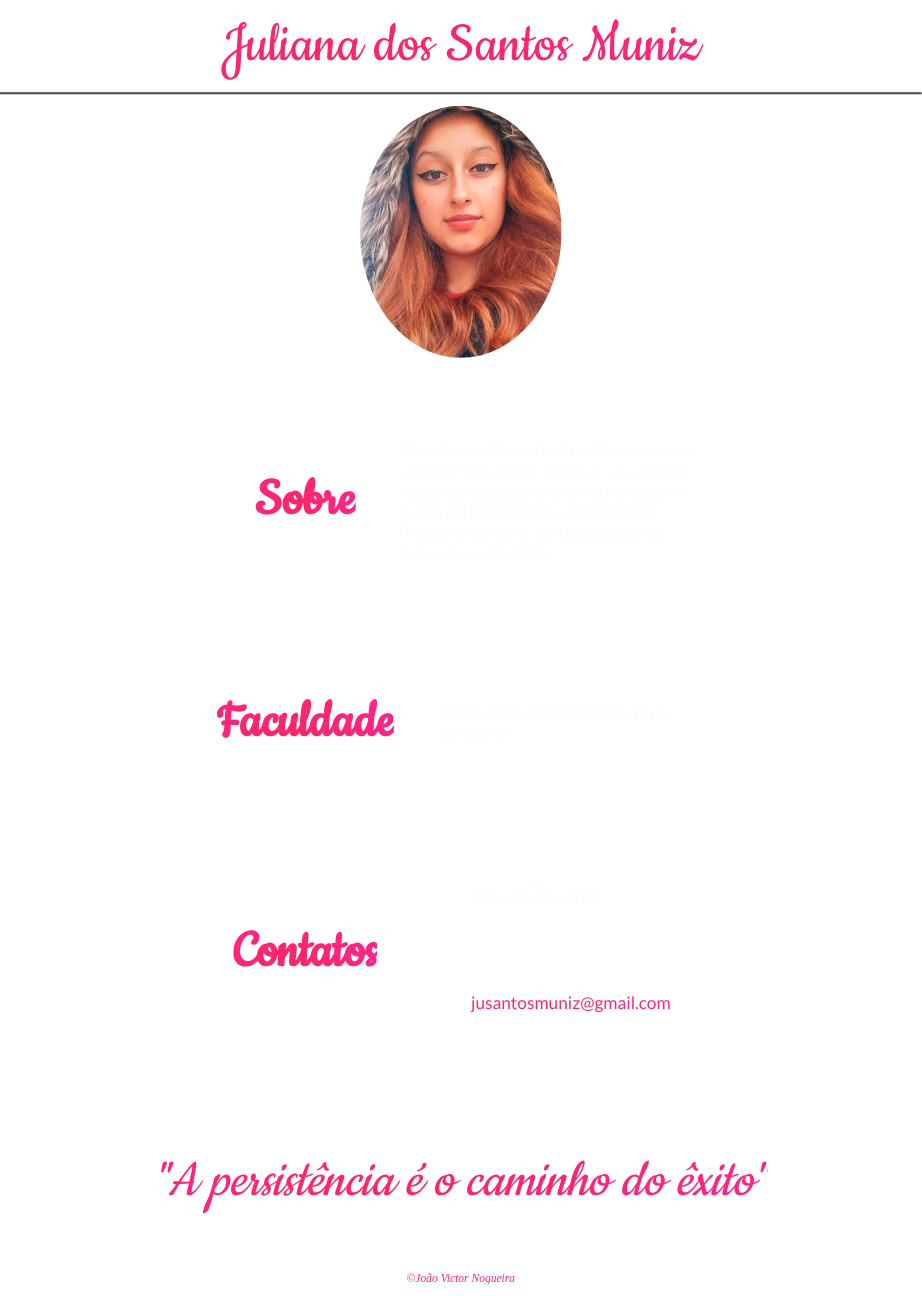
Repository: joaovnogueira/Portfolio-Juliana
Page: src/index.html
These files come from the project's save history. The page is drawn as it stood at one moment and after the next save; the edit follows.
The browser window is 1280 px wide. The pictures show the whole page, at 72% of full size.
The style sheet was rebuilt from its Sass, Less or Tailwind sources for each picture, by a compiler version that may differ from the author's.

Above is the page before, as saved 2022-07-14 14:09:20.

### src/index.html
<!DOCTYPE html>
<html lang="en">
<head>
    <link rel="stylesheet" href="styles.css">
    <meta charset="UTF-8">
    <meta http-equiv="X-UA-Compatible" content="IE=edge">
    <meta name="viewport" content="width=device-width, initial-scale=1.0">
    <title>Portfólio Juliana</title>
</head>
<body class="">
    <header>
        <div class="logo">Juliana dos Santos Muniz</div>
    </header>
    <main>
        <div class="perfil">
            <div class="foto">
                <img src="../assets/foto-perfil.png" alt="Foto de perfil" class="fotoperfil">
            </div>
            <div class="conteudo">
                <img src="../assets/sobre.svg" alt="">
                <h1>Sobre</h1>
                <p>
                    Me chamo Juliana tenho 22 anos e meu sonho é ser perita criminal,
                    atualmente estou estudando no último período no curso de Biomedicina na
                    UniBrasil. Trabalho no ramo de toxicologia no laboratório LATAM.
                </p>
            </div>
            <div class="conteudo">
                <img src="../assets/faculdade.svg" alt=""><h1>Faculdade</h1>
                <p>Graduanda em Biomedicina na UniBrasil</p>
            </div>
            <div class="conteudo">
                <img src="../assets/contato.svg" alt=""><h1>Contatos</h1>
                <div class="contatos">
                    <p><img src="../assets/whatsapp.svg" alt="whatsapplogo" class="icon2">(41) 98504-2197</p>
                    <p><img src="../assets/email.svg" alt="emailogo" class="icon2"><a class="email" href="mailto:jusantosmuniz@gmail.com">jusantosmuniz@gmail.com</a></p>
                </div>

            </div>
        </div>
        <div class="frase">
            <blockquote><i>"A persistência é o caminho do êxito"</i></blockquote>
        </div>

    </main>
    <footer>
        <a href="https://github.com/joaovnogueira"><cite>&copy;João Victor Nogueira</cite></a>
    </footer>
</body>
</html>

### src/styles.scss
@import url('https://fonts.googleapis.com/css2?family=Cookie&display=swap');
@import url('https://fonts.googleapis.com/css2?family=Lato&display=swap');

* {
    margin: 0;
    padding: 0;
    box-sizing: border-box;
}

:root {
    --background-dark: #25262A;
    --background-light: #fafafa;
    --text: #FFFCF5;

}

@media (max-width: 1080px) {
    html {
        font-size: 93.75%;
    }
}

@media (max-width: 720px) {
    html {
        font-size: 87.5%;
    }
}

body {
    &.dark-mode {
        background: var(--background-dark);
    }
}

h1{
    color: var(--text);
    font-family: 'Cookie', cursive;
    font-weight: bold;
    font-size: 5rem;

    background-image: radial-gradient( circle farthest-corner at 10.2% 55.8%,  #fc2567 0%, #fa2697, 46.2%, #ba08b5 90.1% );
    -webkit-background-clip: text;
    background-clip: text;
    color: transparent;
    animation: rainbow_animation 5s ease-in-out infinite;
    background-size: 400% 100%;

}

p {
    color: var(--text);
    font-family: 'Lato', sans-serif;
}

header{
    div{
        background-image: radial-gradient( circle farthest-corner at 10.2% 55.8%,  #fc2567 0%, #fa2697, 46.2%, #ba08b5 90.1% );
        -webkit-background-clip: text;
        background-clip: text;
        color: transparent;
        animation: rainbow_animation 5s ease-in-out infinite;
        background-size: 400% 100%;

    }
    div {
        display: flex;
        font-family: 'Cookie', cursive;
        font-size: 86px;
        align-items: center;
        justify-content: center;
        border-bottom: 3px solid #515054;
        padding: 1rem;
    }

    @keyframes rainbow_animation {
        0%, 100% {
            background-position: 0 0;
        }

        50% {
            background-position: 100% 0;
        }
    }

}

.foto {
    display: flex;
    align-items: center;
    justify-content: center;
    padding: 1rem;
    background-color: var(--background);
    img{
        border-radius: 50%;
        max-width:750px;
        max-height:350px;
        width: auto;
        height: auto;
    }

}

.perfil{
    .conteudo{
        display: flex;
        align-items: center;
        justify-content: center;
        padding: 3rem;
        img{
            filter: invert(100%) sepia(100%) saturate(0%) hue-rotate(87deg) brightness(119%) contrast(119%);
            width: 5rem;
            height: 5rem;
        }
        h1{
            position: relative;
            margin: 1rem;
            animation-name: h1animation;
            animation-duration: 1.5s;
            animation-iteration-count: 1;
        }
        p{
            font-size: 1.5rem;
            padding: 2rem;
            width: 30rem;
            margin: 1rem;
        }
        .contatos{
            display: flex;
            flex-direction: column;
            align-items: center;
            justify-content: center;
            img{
                margin-right: 1rem;
                vertical-align: middle;
                width: 50px;
                height : 50px;
            }
            a{
                text-decoration: none;
                background-image: radial-gradient( circle farthest-corner at 10.2% 55.8%,  #fc2567 0%, #fa2697, 46.2%, #ba08b5 90.1% );
                -webkit-background-clip: text;
                background-clip: text;
                color: transparent;
                animation: rainbow_animation 5s ease-in-out infinite;
                background-size: 400% 100%;
            }
        }

        @keyframes h1animation{
            0%{
                left: -50%;
            }
            100%{
                left: 0;
            }
        }

    }
}

.frase{
    display: flex;
    align-items: center;
    justify-content: center;
    margin: 5rem;
    blockquote{
        i{
            font-family: 'Cookie', cursive;
            font-size: 5rem;
            background-image: radial-gradient( circle farthest-corner at 10.2% 55.8%,  #fc2567 0%, #fa2697, 46.2%, #ba08b5 90.1% );
            -webkit-background-clip: text;
            background-clip: text;
            color: transparent;
            animation: rainbow_animation 5s ease-in-out infinite;
            background-size: 400% 100%;
        }
    }

}

footer{
    margin: 1rem;
    display: flex;
    align-items: center;
    justify-content: center;
    a{
        text-decoration: none;
        background-image: radial-gradient( circle farthest-corner at 10.2% 55.8%,  #fc2567 0%, #fa2697, 46.2%, #ba08b5 90.1% );
        -webkit-background-clip: text;
        background-clip: text;
        color: transparent;
        animation: rainbow_animation 5s ease-in-out infinite;
        background-size: 400% 100%;
    }
}

After the next save:
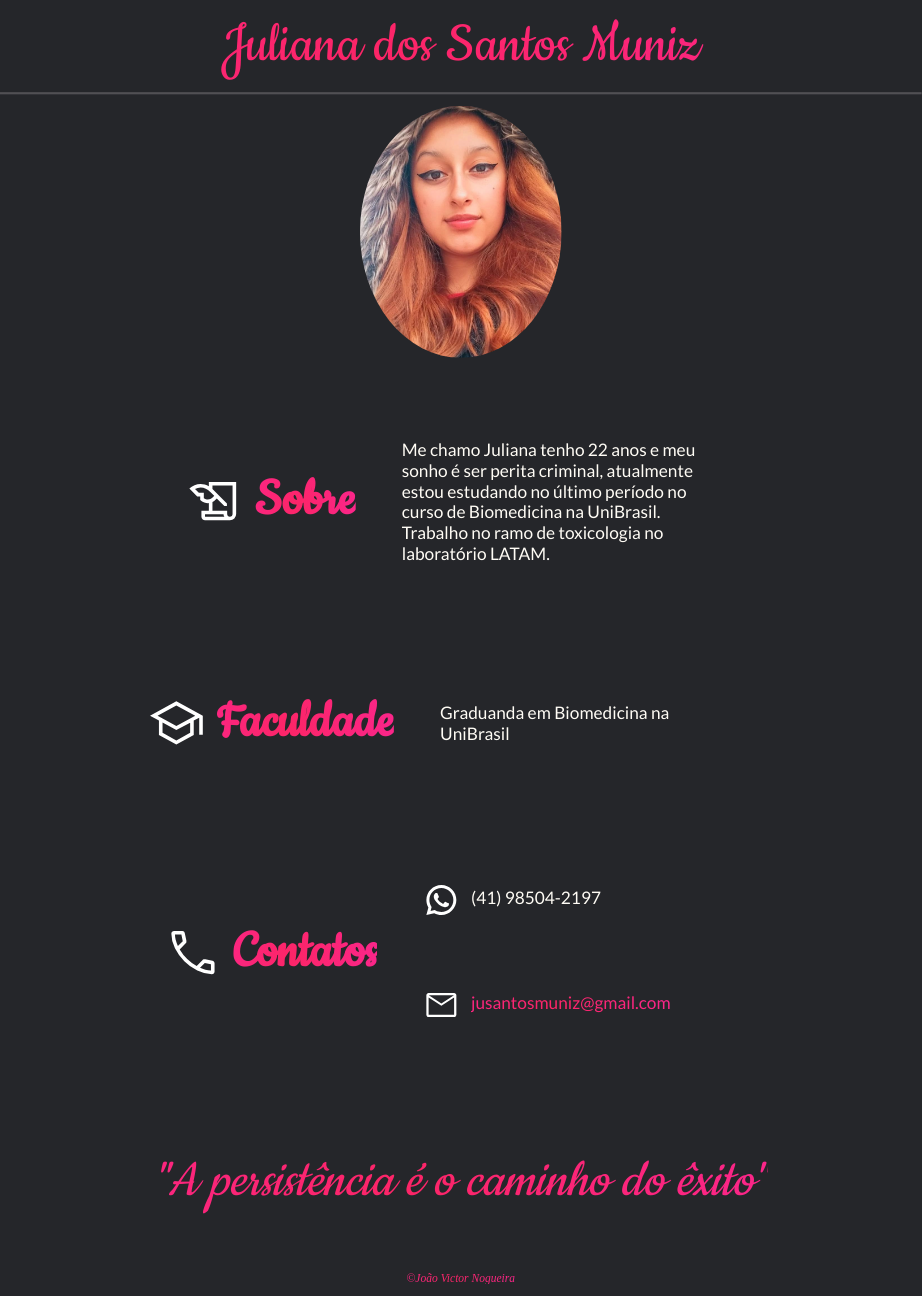
Saved 4 s later.
--- a/src/index.html
+++ b/src/index.html
@@ -7,7 +7,7 @@
     <meta name="viewport" content="width=device-width, initial-scale=1.0">
     <title>Portfólio Juliana</title>
 </head>
-<body class="">
+<body class="dark-mode">
     <header>
         <div class="logo">Juliana dos Santos Muniz</div>
     </header>
